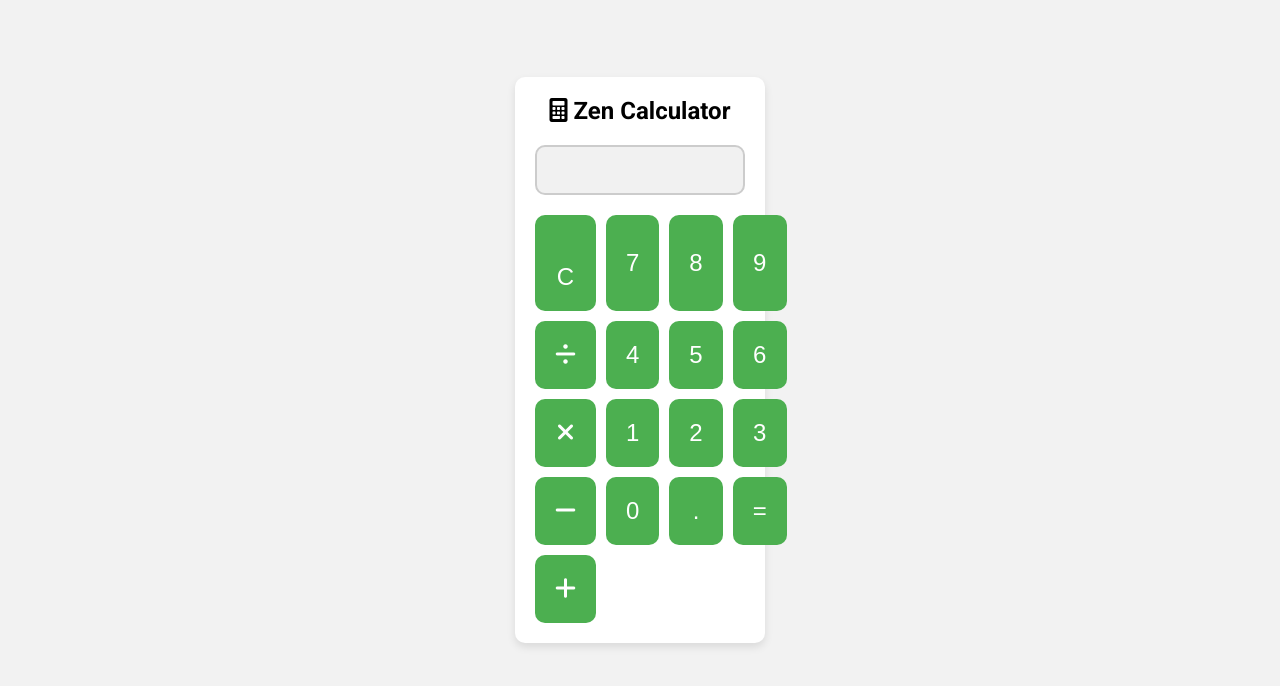
Repository: rajendratamang/zencalculator
Page: index.html
The author's editor kept a copy of each file at every save. The page is drawn from the files as they stood at one save, then again after the next save.
The browser window is 1280 px wide. The pictures show the whole page.

Above is the page before, as saved 2025-01-29 21:53:38.

### index.html
<!DOCTYPE html>
<html lang="en">
<head>
    <meta charset="UTF-8">
    <meta name="viewport" content="width=device-width, initial-scale=1.0">
    <title>Zen Calculator</title>
    <link href="https://fonts.googleapis.com/css2?family=Roboto:wght@400;500;700&display=swap" rel="stylesheet">
    <link href="https://cdnjs.cloudflare.com/ajax/libs/font-awesome/6.0.0-beta3/css/all.min.css" rel="stylesheet">
    <link rel="stylesheet" href="styles.css">
</head>
<body>
    <div class="calculator">
        <h3><i class="fas fa-calculator"></i> Zen Calculator</h3>
        <input type="text" id="display" class="display" disabled />
        <div class="buttons">
            <button class="button" onclick="clearDisplay()"><i class="fas fa-clear"></i> C</button>
            <button class="button" onclick="appendToDisplay('7')">7</button>
            <button class="button" onclick="appendToDisplay('8')">8</button>
            <button class="button" onclick="appendToDisplay('9')">9</button>
            <button class="button" onclick="appendToDisplay('/')"><i class="fas fa-divide"></i></button>

            <button class="button" onclick="appendToDisplay('4')">4</button>
            <button class="button" onclick="appendToDisplay('5')">5</button>
            <button class="button" onclick="appendToDisplay('6')">6</button>
            <button class="button" onclick="appendToDisplay('*')"><i class="fas fa-multiply"></i></button>

            <button class="button" onclick="appendToDisplay('1')">1</button>
            <button class="button" onclick="appendToDisplay('2')">2</button>
            <button class="button" onclick="appendToDisplay('3')">3</button>
            <button class="button" onclick="appendToDisplay('-')"><i class="fas fa-minus"></i></button>

            <button class="button" onclick="appendToDisplay('0')">0</button>
            <button class="button" onclick="appendToDisplay('.')">.</button>
            <button class="button" onclick="calculateResult()">=</button>
            <button class="button" onclick="appendToDisplay('+')"><i class="fas fa-plus"></i></button>
        </div>
    </div>
    <script src="script.js"></script>
</body>
</html>

### styles.css
* {
    margin: 0;
    padding: 0;
    box-sizing: border-box;
}

body {
    background-color: #f2f2f2;
    font-family: 'Roboto', sans-serif;
    display: flex;
    justify-content: center;
    align-items: center;
    height: 100vh;
}

.calculator {
    background-color: #ffffff;
    border-radius: 15px;
    box-shadow: 0 4px 10px rgba(0, 0, 0, 0.1);
    padding: 20px;
    width: 300px;
}

.display {
    width: 100%;
    height: 50px;
    font-size: 2rem;
    text-align: right;
    padding: 10px;
    background-color: #f1f1f1;
    border: 2px solid #ccc;
    border-radius: 10px;
    margin-bottom: 20px;
    color: #333;
    font-weight: 500;
}

.buttons {
    display: grid;
    grid-template-columns: repeat(4, 1fr);
    gap: 10px;
}

.button {
    background-color: #4CAF50;
    color: white;
    font-size: 1.5rem;
    border: none;
    border-radius: 10px;
    padding: 20px;
    cursor: pointer;
    transition: background-color 0.3s ease;
}

.button:hover {
    background-color: #45a049;
}

button i {
    font-size: 1.5rem;
}

button:active {
    transform: scale(0.95);
}

/* heading */
.calculator {
    background-color: #fff;
    border-radius: 10px;
    box-shadow: 0 4px 8px rgba(0, 0, 0, 0.1);
    padding: 20px;
    width: 250px;
    text-align: center;
}

h3 {
    font-size: 24px;
    margin-bottom: 20px;
}

### script.js
let display = document.getElementById("display");

function appendToDisplay(value) {
    display.value += value;
}

function clearDisplay() {
    display.value = '';
}

function calculateResult() {
    try {
        display.value = eval(display.value);
    } catch (e) {
        display.value = 'Error';
    }
}

After the next save:
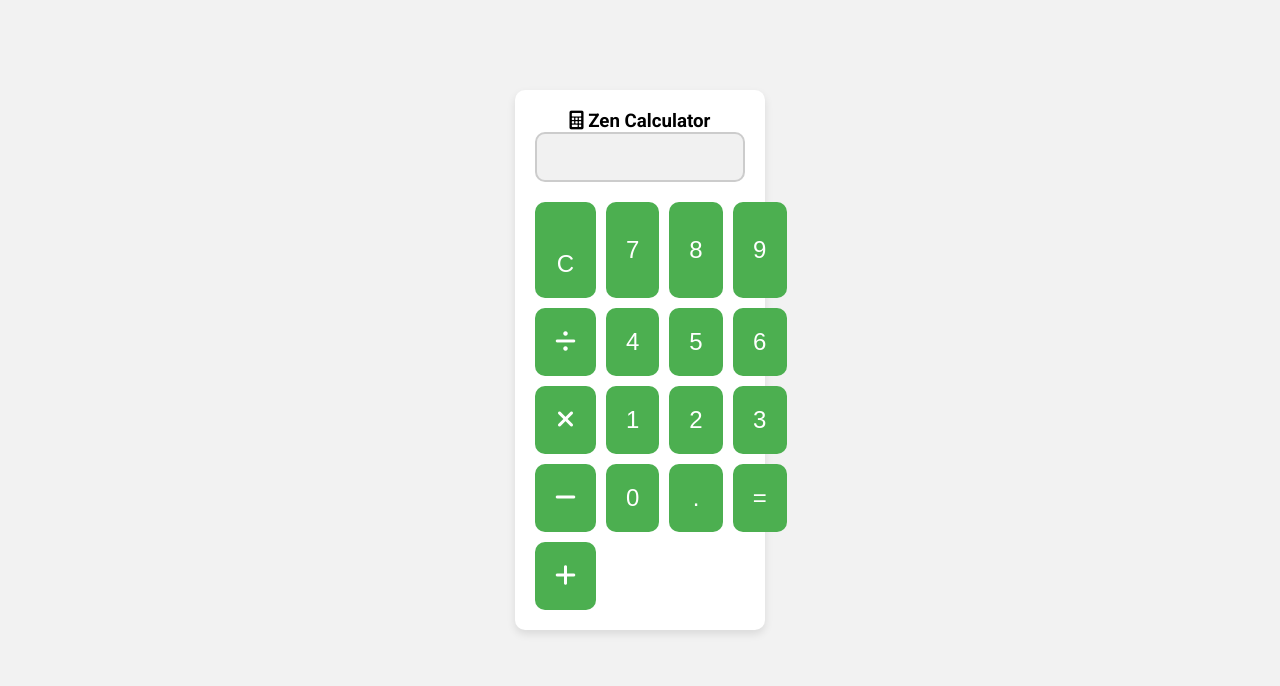
Saved 8 s later.
--- a/styles.css
+++ b/styles.css
@@ -73,8 +73,3 @@ button:active {
     width: 250px;
     text-align: center;
 }
-
-h3 {
-    font-size: 24px;
-    margin-bottom: 20px;
-}
